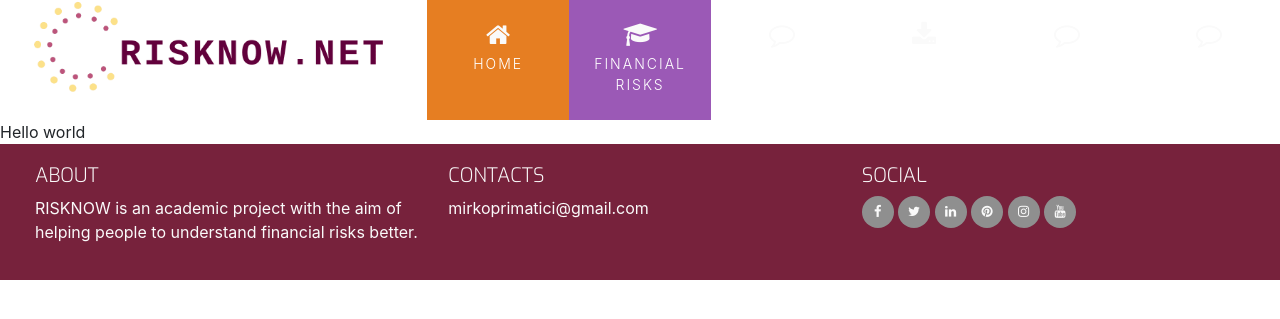
Repository: mirkoprimaticix/risknow.net
Page: index.html
The author's editor kept a record of every edit. The page is drawn from the files as they stood at one moment, then again after the next edit.
The browser window is 1280 px wide. The pictures show the whole page.
Some web libraries are served in a nearby version.

Above is the page before.
Console error: TypeError: Cannot read properties of undefined (reading 'fn')

### index.html
<!DOCTYPE html>
<html lang="en">
<head>
    <meta charset="UTF-8">
    <meta name="viewport" content="width=device-width, initial-scale=1.0">
    <meta http-equiv="X-UA-Compatible" content="ie=edge">
    <link rel="stylesheet" href="https://stackpath.bootstrapcdn.com/bootstrap/4.3.1/css/bootstrap.min.css" integrity="sha384-ggOyR0iXCbMQv3Xipma34MD+dH/1fQ784/j6cY/iJTQUOhcWr7x9JvoRxT2MZw1T" crossorigin="anonymous">
    <script src="https://stackpath.bootstrapcdn.com/bootstrap/4.3.1/js/bootstrap.min.js" integrity="sha384-JjSmVgyd0p3pXB1rRibZUAYoIIy6OrQ6VrjIEaFf/nJGzIxFDsf4x0xIM+B07jRM" crossorigin="anonymous"></script>
    <link rel="stylesheet" href="https://stackpath.bootstrapcdn.com/font-awesome/4.7.0/css/font-awesome.min.css" type="text/css" />
    <link rel="stylesheet" href="https://cdnjs.cloudflare.com/ajax/libs/hover.css/2.1.1/css/hover-min.css" type="text/css" />
    <link rel="stylesheet" href="assets/css/style.css" type="text/css" />
    <title>RISKNOW</title>
</head>
<body>
    <header>
        <div class = "row no-gutters">
            <a href="index.html" class = "col-md-4 logo">

            </a>
            <div class="col-md-8">
                <div class="row no-gutters">
                    <div class="col">
                        <ul id="nav" class="list-inline menucontainer">
                            <li class="col-6 col-sm-2 list-inline-item ui-menu-color-home menuitem">
                                <a href="index.html" class="hvr-sweep-to-bottom"><i class="fa fa-home" aria-hidden="true"></i><span>Home</span></a>
                            </li>
                            <li class="col-6 col-sm-2 list-inline-item ui-menu-color-fr menuitem">
                                <a href="resume.html" class="hvr-sweep-to-bottom"><i class="fa fa-graduation-cap" aria-hidden="true"></i><span>Financial Risks</span></a>
                            </li>
                            <li class="col-6 col-sm-2 list-inline-item ui-menu-color-contact menuitem">
                                <a href="contact.html" class="hvr-sweep-to-bottom"><i class="fa fa-comment-o" aria-hidden="true"></i><span>Operational Risks</span></a>
                            </li>
                            <li class="col-6 col-sm-2 list-inline-item ui-menu-color-download menuitem">
                                <a href="assets/cv/cv-mirko.pdf" target="_blank" class="hvr-sweep-to-bottom"><i class="fa fa-download" aria-hidden="true"></i><span>Event Risks</span></a>
                            </li>
                            <li class="col-6 col-sm-2 list-inline-item ui-menu-color-contact menuitem">
                                <a href="contact.html" class="hvr-sweep-to-bottom"><i class="fa fa-comment-o" aria-hidden="true"></i><span>Market Risks</span></a>
                            </li>
                            <li class="col-6 col-sm-2 list-inline-item ui-menu-color-contact menuitem">
                                <a href="contact.html" class="hvr-sweep-to-bottom"><i class="fa fa-comment-o" aria-hidden="true"></i><span>Risk Tolerance</span></a>
                            </li>
                        </ul>
                    </div>
                </div>
            </div>
        </div>
    </header>

    <section>
        Hello world
    </section>



    <footer class="container-fluid">
        <div id="footer-details" class="row">
            <div class="col-sm-4">
                <h5 class="uppercase general-sub">About</h5>
                <p class="inline-block">
                    RISKNOW is an academic project with the aim of helping people to understand financial risks better.
                </p>
            </div>
            <div class="col-sm-4">
                <h5 class="uppercase general-sub">Contacts</h5>
                <p class="inline-block">
                    mirkoprimatici@gmail.com
                </p>
            </div>
            <div class="col-sm-4">
                <h5 class="uppercase general-sub">Social</h5>
                <ul class="list-inline social-links">
                    <li class="list-inline-item">
                        <a target="_blank" href="#">
                            <i class="fa fa-facebook" aria-hidden="true"></i>
                            <span class="sr-only">Facebook</span>
                        </a>
                    </li>
                    <li class="list-inline-item">
                        <a target="_blank" href="#">
                            <i class="fa fa-twitter" aria-hidden="true"></i>
                            <span class="sr-only">Twitter</span>
                        </a>
                    </li>
                    <li class="list-inline-item">
                        <a target="_blank" href="#">
                            <i class="fa fa-linkedin" aria-hidden="true"></i>
                            <span class="sr-only">LinkedIn</span>
                        </a>
                    </li>
                    <li class="list-inline-item">
                        <a target="_blank" href="#">
                            <i class="fa fa-pinterest" aria-hidden="true"></i>
                            <span class="sr-only">Pinterest</span>
                        </a>
                    </li>
                    <li class="list-inline-item">
                        <a target="_blank" href="#">
                            <i class="fa fa-instagram" aria-hidden="true"></i>
                            <span class="sr-only">Instagram</span>
                        </a>
                    </li>
                    <li class="list-inline-item">
                        <a target="_blank" href="#">
                            <i class="fa fa-youtube" aria-hidden="true"></i>
                            <span class="sr-only">YouTube</span>
                        </a>
                    </li>
                </ul>
            </div>
        </div>
    </footer>
</body>
</html>

### assets/css/style.css
@import url('https://fonts.googleapis.com/css?family=Roboto:100,200,300,400,500,600,700|Exo:100,200,300,400,500,600,700');

/*--------------------------------------------Colors*/

.bg-color-name-title {
    background-color: #676767;
}

.bg-color-three-reasons {
    background-color: #fff;
}

.bg-color-personal-info {
    background-color: #f4f4f4;
}

.bg-color-work-history {
    background-color: #9b59b6;
}

.bg-color-contact {
    background-color: #fff;
}

.ui-menu-color-home {
    background-color: #e67e22;
}

.ui-menu-color-fr {
    background-color: #9b59b6;
}

.ui-menu-color-or {
    background-color: #3498db;
}

.ui-menu-color-er {
    background-color: #56C780;
}

.ui-menu-color-mr {
    background-color: #EBE66B;
}

.ui-menu-color-rt {
    background-color: #525252;
}

.row-table {
    display: table;
}

.section-column {
    display: table-cell;
    padding: 0 30px 30px;
    float: none;
}

.section-heading {
    font-family: "Exo", sans-serif;
    font-weight: 300;
    margin-top: 25px;
    margin-bottom: 40px;
}

/* ----------------------------------------Special paddings/margins/text */

h1,
h2,
h3,
h4 {
    margin: 0;
}

.uppercase {
    text-transform: uppercase;
}

.general-sub {
    font-family: "Exo", sans-serif;
    font-weight: 300;
    color: #fafafa;
}

.inline-block {
    display: inline-block;
}

.row-table {
    display: table;
}

.section-column {
    display: table-cell;
    padding: 0 30px 30px;
    float: none;
}

.history-heading,
.section-heading {
    font-family: "Exo", sans-serif;
    font-weight: 300;
    margin-top: 25px;
    margin-bottom: 40px;
}

/*--------------------------------------------Heading*/

header {
    margin: 0;
}

.heading {
    margin-left: 50px;
}


.logo {
    background: url("../images/logo.png");
    background-position: center;
    background-repeat: no-repeat;
    background-size: cover;
    min-height: 120px;
    transition: all .5s ease-in-out;
    -moz-transition: all .5s ease-in-out;
    -webkit-transition: all .5s ease-in-out;
}

.name {
    font-family: "Exo", sans-serif;
    font-weight: 100;
    font-size: 46px;
    margin-top: 50px;
    color: #fff;
}

.title {
    font-family: "Roboto", sans-serif;
    font-weight: 200;
    font-size: 28px;
    margin-top: 20px;
    margin-bottom: 90px;
    color: #fff;
}

.list-inline-item:not(:last-child) {
    margin: 0;
}

.menucontainer {
    font-size: 0;
}

#nav li {
    font-size: 14px;
    padding: 0;
}

#nav {
    margin: 0;
}

.menuitem {
    height: 120px;
    text-align: center;
    padding: 0;
}

.menuitem a {
    width: 100%;
    text-decoration: none;
    color: #fff;
    height: 120px;
}

.menuitem a i {
    padding-top: 22px;
    display: block;
    color: #fafafa;
    font-size: 26px;
}

.menuitem span {
    display: block;
    width: 100%;
    padding-top: 5px;
    text-align: center;
    text-transform: uppercase;
    font-size: 14px;
    font-weight: 300;
    letter-spacing: 2px;
}

/*--------------------------------------------Hover.css*/

.hvr-sweep-to-bottom:before {
    background: rgba(0, 0, 0, 0.2);
    height: 120px;
}

/* ----------------------------------------Footer */

footer {
    background-color: #77223C;
    color: #fafafa;
    min-height: 120px;
    margin: 0;
}

.social-links {
    padding-bottom: 15px;
}

.social-links li a i {
    width: 32px;
    height: 32px;
    padding: 12px 0;
    border-radius: 50%;
    font-size: 13px;
    line-height: 7px;
    text-align: center;
    color: #fafafa;
    background: #8f8f8f;
    transition: all 0.35s ease-in-out;
    -moz-transition: all 0.35s ease-in-out;
    -webkit-transition: all 0.35s ease-in-out;
    -o-transition: all 0.35s ease-in-out;
}

.social-links li a i:hover {
    background: #A4FFFA;
}

#footer-details {
    padding: 20px;
}

/* ----------------------------------------Three Reasons */

.three-reasons-icon {
    font-size: 26px;
    color: #e67e22;
}

.three-reasons-heading {
    margin-bottom: 15px;
}

/* ----------------------------------------Personal Info */

.personal-info-item {
    margin-bottom: 20px;
    display: block;
    clear: both;
}

.personal-info-item .key,
.personal-info-item .value {
    padding-right: 8px;
    display: inline-block;
}

.personal-info-item .key p,
.personal-info-item .value p {
    margin: 0;
}

.personal-info-item .key {
    width: 30%;
    margin-right: 21px;
    padding-top: 2px;
    vertical-align: top;
}

.personal-info-item .key p {
    font-weight: 700;
}

.personal-info-item .value {
    position: relative;
    width: 60%;
}

/* ----------------------------------------Skills */

.progress {
    position: relative;
    height: 25px;
    margin-bottom: 4px;
}

.progress-type {
    position: absolute;
    left: 0px;
    font-weight: 400;
    padding: 3px 30px 2px 10px;
    color: #fafafa;
    background-color: rgba(25, 25, 25, 0.2);
}

.progress-section {
    margin: 40px 20px;
}

/* ----------------------------------------Work History */

.history-heading {
    color: #fafafa;
    margin-bottom: 50px;
}

.timeline-item {
    padding: 4em 2em 0em 2em;
    position: relative;
    color: #fafafa;
    border-left: 1px solid;
}

.timeline-item p {
    padding: 0;
    margin: 0;
}

.timeline-item:before {
    content: attr(data-dates);
    position: absolute;
    left: 2.5em;
    top: 3em;
    display: block;
    font-family: "Exo", sans-serif;
    font-weight: 500;
    font-size: 0.8em;
    padding: 0;
    margin: 0;
}

.timeline-item:after {
    width: 12px;
    height: 12px;
    display: block;
    top: 2.4em;
    position: absolute;
    left: -6px;
    border-radius: 12px;
    content: '';
    background: #fafafa;
}

.history-items {
    margin-bottom: 30px;
}

/* ----------------------------------------Contact Form */

.contact-heading {
    font-family: "Exo", sans-serif;
    font-weight: 300;
    margin-top: 25px;
    margin-bottom: 20px;
}

.center-form {
    padding-top: 10px;
    margin: 0 auto;
    max-width: 70%;
}

button[type="submit"] {
    margin-top: 15px;
    margin-bottom: 20px;
    color: #fafafa;
    background-color: #e84610;
}

/* ----------------------------------------Media Queries */

@media(min-width: 992px) {
    .center-form {
        padding-top: 30px;
        min-height: 240px;
        margin: 0 auto;
        max-width: 50%;
    }
}

After the next edit:
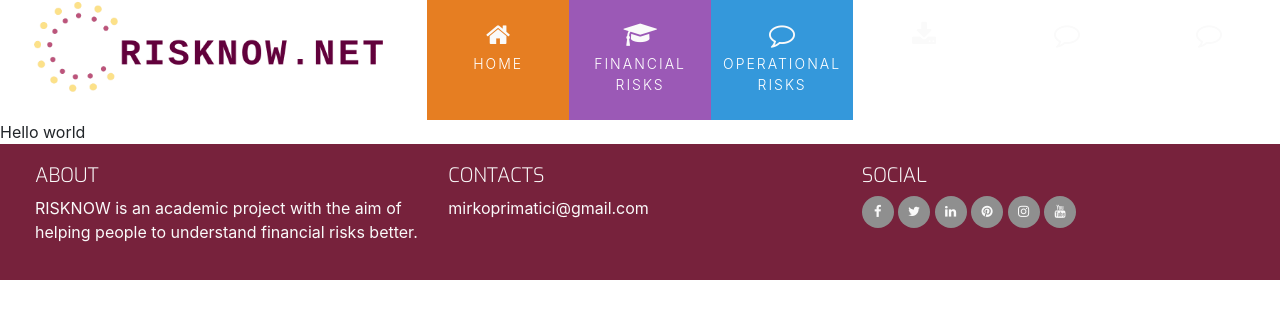
The edit:
--- a/index.html
+++ b/index.html
@@ -27,7 +27,7 @@
                             <li class="col-6 col-sm-2 list-inline-item ui-menu-color-fr menuitem">
                                 <a href="resume.html" class="hvr-sweep-to-bottom"><i class="fa fa-graduation-cap" aria-hidden="true"></i><span>Financial Risks</span></a>
                             </li>
-                            <li class="col-6 col-sm-2 list-inline-item ui-menu-color-contact menuitem">
+                            <li class="col-6 col-sm-2 list-inline-item ui-menu-color-or menuitem">
                                 <a href="contact.html" class="hvr-sweep-to-bottom"><i class="fa fa-comment-o" aria-hidden="true"></i><span>Operational Risks</span></a>
                             </li>
                             <li class="col-6 col-sm-2 list-inline-item ui-menu-color-download menuitem">
